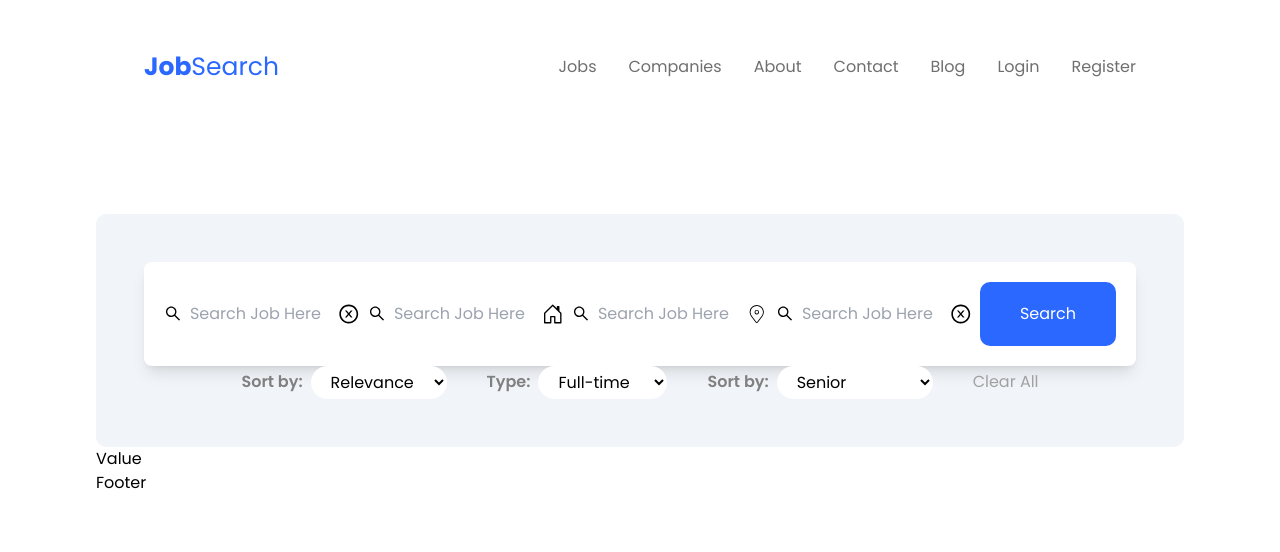
Repository: countaustin1990/Job-Search-website
Page: / (app in vite-project/)
These files come from the project's save history. The page is drawn as it stood at one moment and after the next save; the edit follows.
The browser window is 1280 px wide. The pictures show the whole page.
The project was rebuilt for these pictures with package versions that can differ from the ones it lists, and the page was loaded fresh each time. Also part of the build but not shown: vite-project/vite.config.js.

Above is the page before, as saved 2023-08-12 18:30:19.

After the next save:
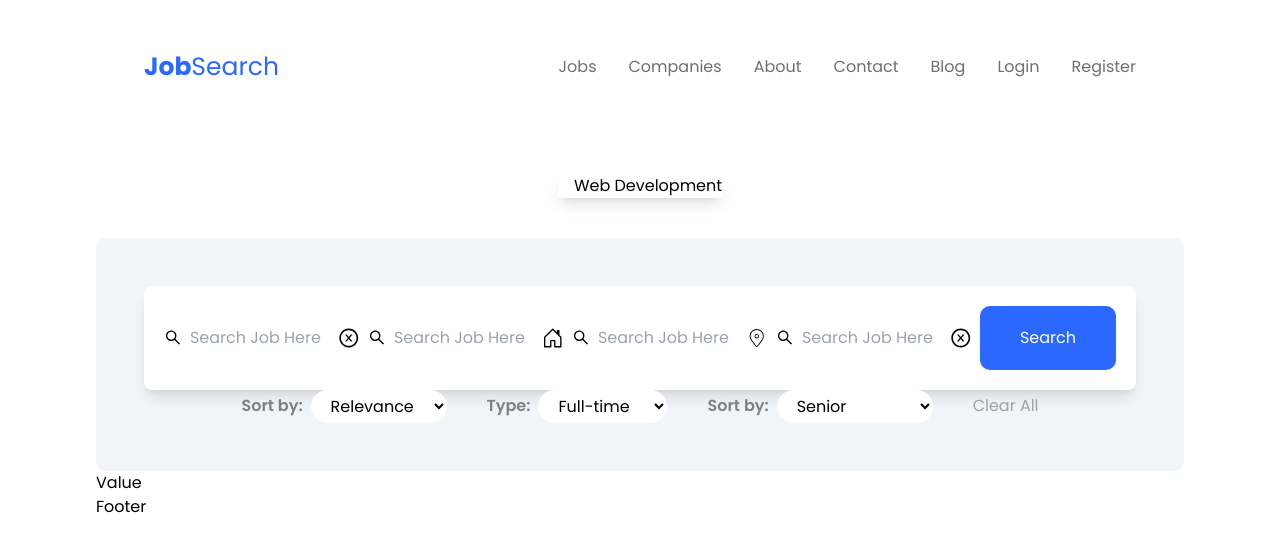
Saved 57 s later.
--- a/vite-project/src/components/Job.jsx
+++ b/vite-project/src/components/Job.jsx
@@ -8,7 +8,7 @@
 
                 <div className='group group/items singleJob w-[20] bg-white rounded[10px] hover:bg-blueColor shadow-lg shadow-greyIsh-400/700 hover:shadow-lg'>
                     <span className='flex justify-between items-center gap-4'>
-                        <h1 className='text-[16px] font-semibold text-textColor group-hover:text-white'/>
+                        <h1 className='text-[16px] font-semibold text-textColor group-hover:text-white'/>Web Development
                     </span>
                 </div>
             </div>
